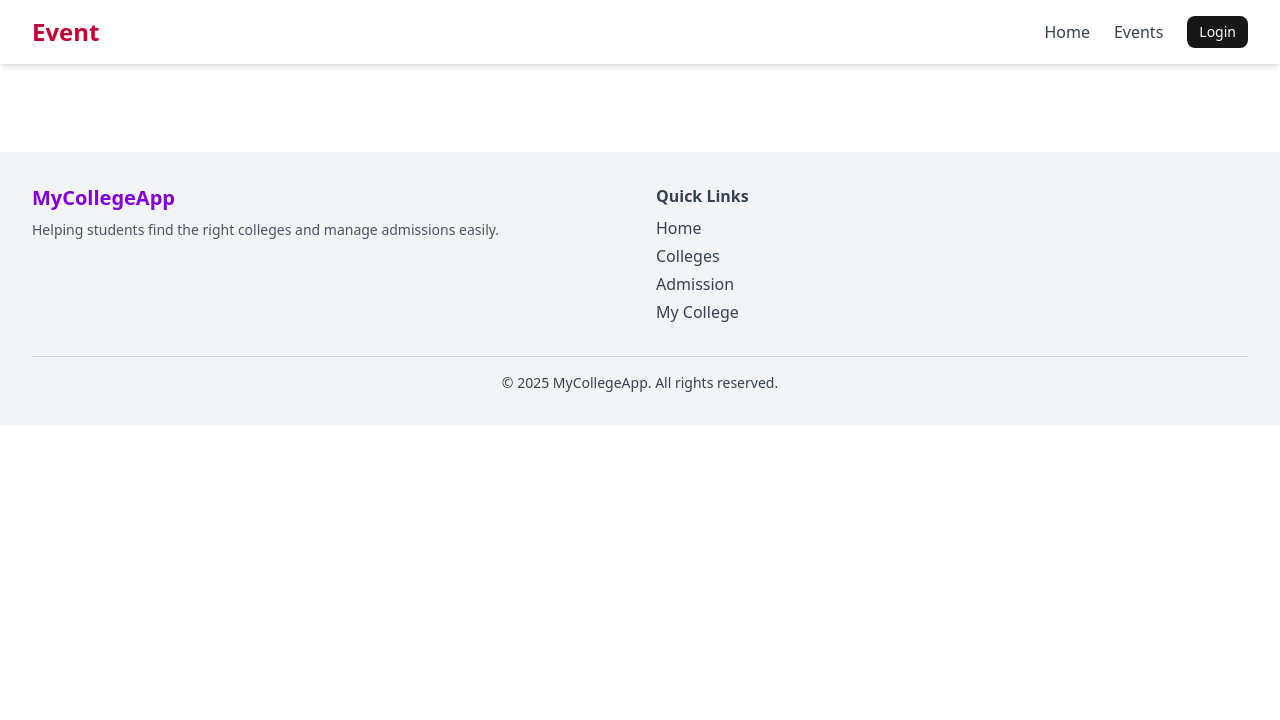
Repository: shshafin/event-client
Page: /my-bookings
The author's editor kept a copy of each file at every save. The page is drawn from the files as they stood at one save, then again after the next save.
The browser window is 1280 px wide. The pictures show the whole page.
The page's requests for data from a server got no answer. The project was rebuilt for these pictures with package versions that can differ from the ones it lists, and the page was loaded fresh each time. The framework's server and built-in components were replaced by stand-ins that run in the browser. No one was signed in, and anything a server would have sent is missing. Also part of the build but not shown: next.config.ts, src/components/ui/dropdown-menu.tsx.

Above is the page before, as saved 2025-10-30 02:57:53.

After the next save:
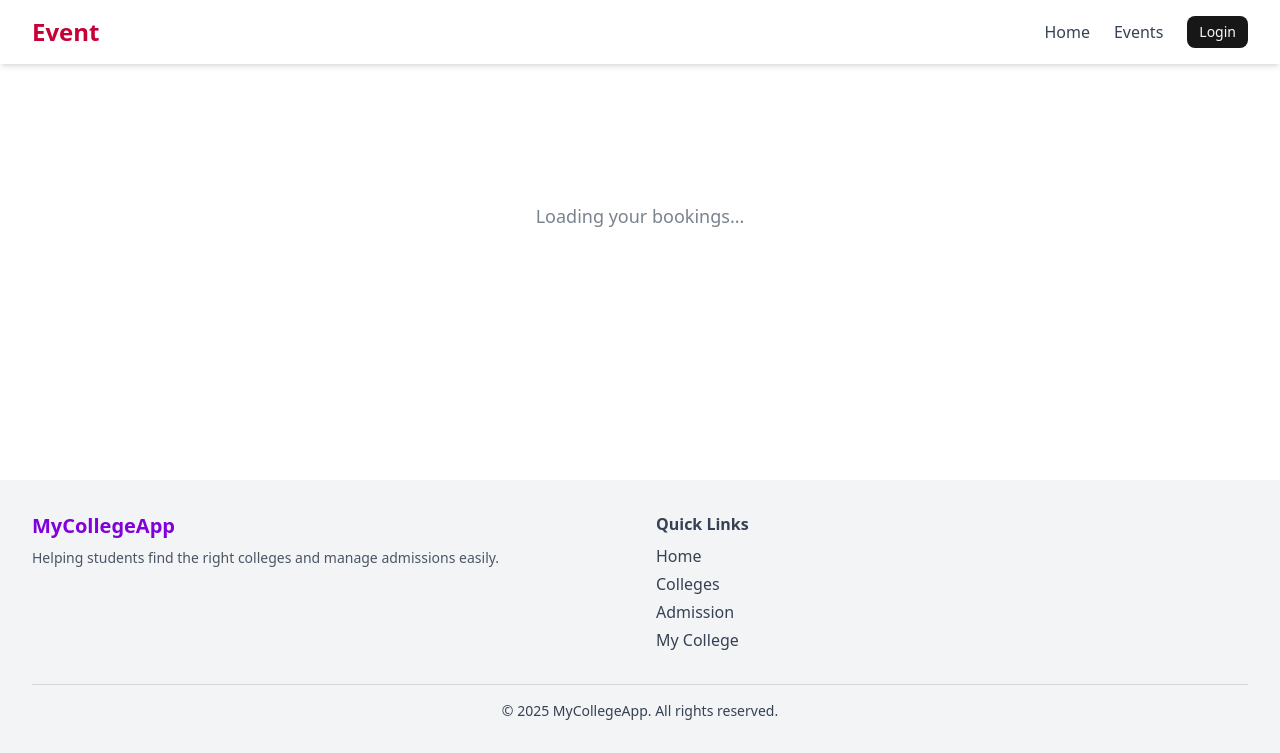
Saved 78 s later.
--- a/src/app/(withCommonLayout)/my-bookings/page.tsx
+++ b/src/app/(withCommonLayout)/my-bookings/page.tsx
@@ -44,50 +44,69 @@ export default function MyBookingsPage() {
   };
 
   if (isLoading)
-    return <p className="text-center py-10">Loading your bookings...</p>;
+    return (
+      <div className="flex justify-center items-center h-[60vh]">
+        <p className="text-lg text-gray-600 animate-pulse">
+          Loading your bookings...
+        </p>
+      </div>
+    );
 
   const bookings = data?.data || [];
 
   return (
-    <div className="max-w-4xl mx-auto py-10 px-4 mt-24">
-      <h1 className="text-3xl font-bold text-center mb-6">My Bookings</h1>
+    <div className="max-w-5xl mx-auto py-10 px-4 mt-24">
+      <h1 className="text-4xl font-extrabold text-center mb-10 bg-gradient-to-r from-rose-600 to-blue-500 bg-clip-text text-transparent">
+        My Bookings
+      </h1>
 
       {bookings.length === 0 ? (
-        <p className="text-center text-gray-600">No bookings found.</p>
+        <div className="text-center text-gray-500 text-lg">
+          No bookings found.
+        </div>
       ) : (
-        <div className="space-y-6">
+        <div className="grid md:grid-cols-2 gap-6">
           {bookings.map((booking: any) => (
             <div
               key={booking._id}
-              className="border rounded-2xl p-5 shadow-sm hover:shadow-md transition">
-              <div className="flex justify-between items-center mb-3">
+              className="rounded-2xl p-6 bg-white/80 backdrop-blur-md shadow-lg border border-gray-100 hover:shadow-2xl hover:-translate-y-1 transition-all duration-300">
+              <div className="flex justify-between items-start mb-4">
                 <div>
-                  <h2 className="text-xl font-semibold">
+                  <h2 className="text-xl font-semibold text-gray-800">
                     {booking.eventId.name}
                   </h2>
-                  <p className="text-gray-500 text-sm">
-                    Date: {new Date(booking.eventId.date).toLocaleDateString()}
+                  <p className="text-sm text-gray-500">
+                    Date:{" "}
+                    <span className="text-gray-700">
+                      {new Date(booking.eventId.date).toLocaleDateString()}
+                    </span>
                   </p>
-                  <p className="text-gray-500 text-sm">
-                    Tickets: {booking.numberOfTickets}
+                  <p className="text-sm text-gray-500">
+                    Tickets:{" "}
+                    <span className="text-gray-700">
+                      {booking.numberOfTickets}
+                    </span>
                   </p>
                 </div>
+
                 <button
                   onClick={() => handleCancel(booking._id)}
-                  className="px-4 py-2 bg-red-500 text-white rounded-lg hover:bg-red-600 transition">
-                  Cancel Booking
+                  className="px-4 py-2 bg-gradient-to-r from-red-500 to-red-600 text-white rounded-lg hover:opacity-90 transition">
+                  Cancel
                 </button>
               </div>
 
               {/* Review Section */}
               <div className="border-t pt-4 mt-4">
-                <h3 className="font-semibold mb-2">Add a Review</h3>
+                <h3 className="font-semibold mb-2 text-gray-700">
+                  Add a Review
+                </h3>
                 <div className="flex flex-col sm:flex-row gap-3 items-start sm:items-center">
                   <input
                     type="number"
                     min={1}
                     max={5}
-                    placeholder="Rating (1-5)"
+                    placeholder="⭐ Rating (1-5)"
                     value={reviews[booking._id]?.rating || ""}
                     onChange={(e) =>
                       handleReviewChange(
@@ -96,7 +115,7 @@ export default function MyBookingsPage() {
                         Number(e.target.value)
                       )
                     }
-                    className="border rounded-lg p-2 w-24"
+                    className="border border-gray-300 rounded-lg p-2 w-24 focus:ring-2 focus:ring-rose-400 outline-none"
                   />
                   <input
                     type="text"
@@ -105,11 +124,11 @@ export default function MyBookingsPage() {
                     onChange={(e) =>
                       handleReviewChange(booking._id, "comment", e.target.value)
                     }
-                    className="border rounded-lg p-2 flex-1"
+                    className="border border-gray-300 rounded-lg p-2 flex-1 focus:ring-2 focus:ring-rose-400 outline-none"
                   />
                   <button
                     onClick={() => handleSubmitReview(booking._id)}
-                    className="px-4 py-2 bg-blue-500 text-white rounded-lg hover:bg-blue-600 transition">
+                    className="px-4 py-2 bg-gradient-to-r from-blue-500 to-rose-500 text-white rounded-lg hover:opacity-90 transition">
                     Submit
                   </button>
                 </div>
